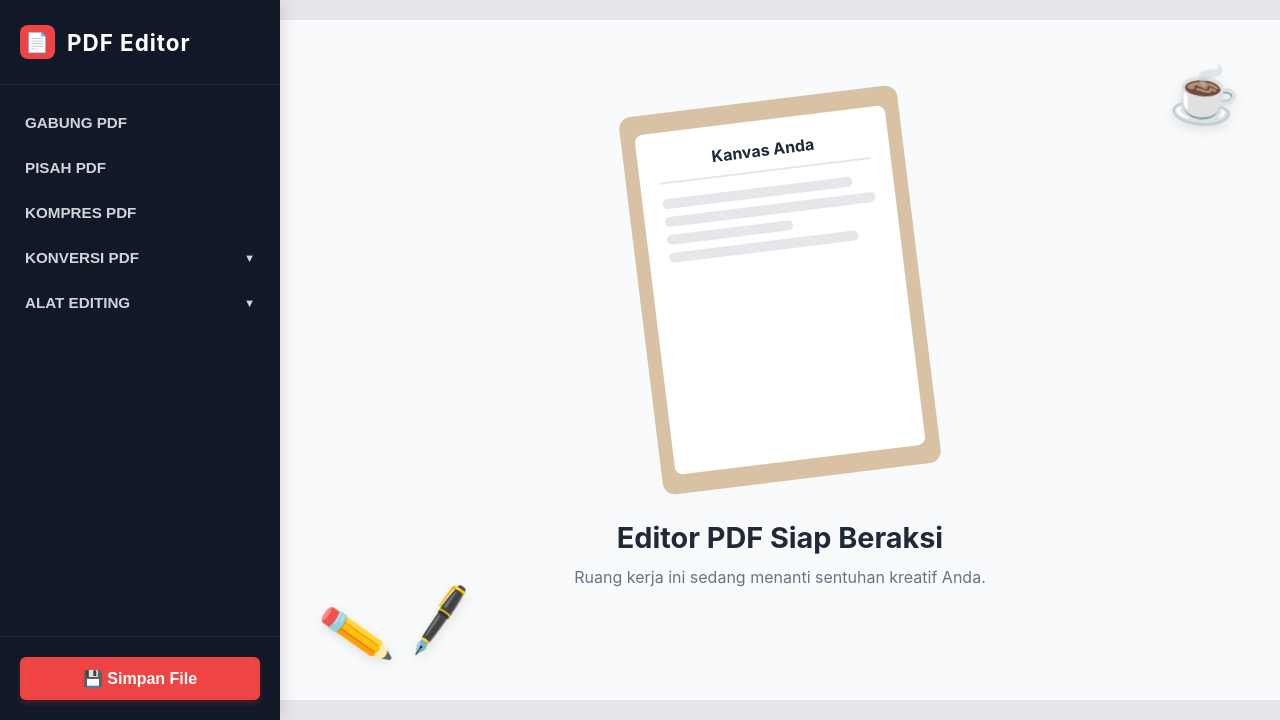
Repository: IkhsanMoekhtar/pdf_editor
Page: /
An editor plug-in stored every save of this project. The page is shown before and after the next save, followed by the edit.
The browser window is 1280 px wide. The pictures show the whole page.
The project was rebuilt for these pictures with package versions that can differ from the ones it lists, and the page was loaded fresh each time. Also part of the build but not shown: vite.config.js.

Above is the page before, as saved 2026-03-18 22:58:21.

### index.html
<!doctype html>
<html lang="en">
  <head>
    <meta charset="UTF-8" />
    <link rel="icon" type="image/svg+xml" href="/favicon.svg" />
    <meta name="viewport" content="width=device-width, initial-scale=1.0" />
    <title>frontend-pdf</title>
  </head>
  <body>
    <div id="root"></div>
    <script type="module" src="/src/main.jsx"></script>
  </body>
</html>

### src/index.css
/* --- CSS RESET GLOBAL --- */

/* Tanda bintang (*) artinya menerapkan aturan ini ke SEMUA elemen di website */
* {
  margin: 0;
  padding: 0;
  box-sizing: border-box; /* Memastikan padding tidak menambah lebar elemen */
}

/* Memaksa elemen dasar website untuk mengambil 100% layar tanpa sisa */
html, body, #root {
  width: 100%;
  height: 100%;
  background-color: #f3f4f6; /* Warna latar belakang aplikasi kita */
}

/* Menghilangkan font default yang kaku */
body {
  font-family: Inter, system-ui, Avenir, Helvetica, Arial, sans-serif;
  -webkit-font-smoothing: antialiased;
}

### src/App.css
/* --- TATA LETAK UTAMA --- */
.app-container {
  display: flex;
  flex-direction: row; /* Kembali menyamping: Kiri Sidebar, Kanan Workspace */
  height: 100vh;
  font-family: Inter, system-ui, Avenir, Helvetica, Arial, sans-serif;
  background-color: #e5e7eb;
}

/* --- SIDEBAR BARU --- */
.main-sidebar {
  width: 280px;
  background-color: #111827; /* Warna gelap yang modern */
  color: #f3f4f6;
  display: flex;
  flex-direction: column;
  flex-shrink: 0;
  box-shadow: 4px 0 15px rgba(0,0,0,0.1);
  z-index: 10;
}

.brand {
  display: flex;
  align-items: center;
  gap: 12px;
  padding: 25px 20px;
  font-size: 1.4rem;
  font-weight: 800;
  letter-spacing: 1px;
  border-bottom: 1px solid #1f2937;
  color: #ffffff;
}

.brand-icon {
  background-color: #ef4444;
  padding: 5px;
  border-radius: 8px;
  font-size: 1.2rem;
}

/* --- NAVIGASI SIDEBAR (ACCORDION) --- */
.sidebar-nav {
  flex: 1;
  overflow-y: auto; /* Bisa di-scroll jika menu terlalu panjang */
  padding: 15px 0;
}

/* Tombol Menu Utama */
.nav-item {
  width: 100%;
  text-align: left;
  background: transparent;
  border: none;
  color: #d1d5db;
  padding: 14px 25px;
  font-size: 0.95rem;
  font-weight: 600;
  cursor: pointer;
  display: flex;
  justify-content: space-between;
  align-items: center;
  transition: all 0.2s;
}

.nav-item:hover {
  background-color: #1f2937;
  color: #ffffff;
}

.arrow {
  font-size: 0.7rem;
  transition: transform 0.3s ease;
}

/* --- LOGIKA ACCORDION (Animasi Buka/Tutup) --- */
.submenu {
  max-height: 0; /* Secara default tertutup */
  overflow: hidden;
  background-color: #0b0f19; /* Latar submenu lebih gelap agar beda */
  transition: max-height 0.4s cubic-bezier(0.4, 0, 0.2, 1);
}

.nav-group.expanded .submenu {
  max-height: 500px; /* Terbuka saat div memiliki class 'expanded' */
}

.nav-group.expanded .arrow {
  transform: rotate(180deg); /* Panah berputar */
}

.nav-group.expanded .nav-item {
  color: #ef4444; /* Judul menu yang aktif berwarna merah */
}

/* Isi Submenu */
.submenu-title {
  font-size: 0.7rem;
  color: #6b7280;
  font-weight: 700;
  padding: 15px 25px 5px 25px;
  letter-spacing: 1px;
}

.submenu-btn {
  width: 100%;
  text-align: left;
  background: transparent;
  border: none;
  color: #9ca3af;
  padding: 10px 25px;
  font-size: 0.85rem;
  display: flex;
  align-items: center;
  cursor: pointer;
  transition: all 0.2s;
}

.submenu-btn:hover {
  color: #ffffff;
  background-color: #1f2937;
}

.submenu-btn.active {
  color: #ffffff;
  background-color: #ef4444;
}

/* -- IKON BERBASIS CSS (Tetap Dipertahankan) -- */
.doc-icon {
  display: inline-flex;
  align-items: center; justify-content: center;
  width: 20px; height: 20px;
  border-radius: 4px; font-size: 10px; font-weight: 800; color: rgb(255, 255, 255);
  margin-right: 12px;
}
.icon-jpg { background-color: #eab308; }
.icon-word { background-color: #3b82f6; }
.icon-ppt { background-color: #f97316; }
.icon-excel { background-color: #22c55e; }
.icon-pdf { background-color: #ef4444; }

/* --- BAGIAN BAWAH SIDEBAR --- */
.sidebar-footer {
  padding: 20px;
  border-top: 1px solid #1f2937;
}

.save-btn {
  width: 100%;
  padding: 12px;
  background-color: #ef4444;
  color: white;
  border: none;
  border-radius: 6px;
  font-weight: bold;
  font-size: 1rem;
  cursor: pointer;
  transition: background-color 0.2s;
  box-shadow: 0 4px 6px rgba(239, 68, 68, 0.2);
}

.save-btn:hover { background-color: #dc2626; }

/* --- AREA KERJA UTAMA --- */
.workspace {
  flex: 1;
  display: flex;
  position: relative;
  overflow: hidden;
}

.viewer-container {
  width: 100%;
  height: 100%;
  background-color: #f9fafb;
  display: flex;
  justify-content: center;
  align-items: center;
}

/* --- DESAIN AREA KOSONG (KLIK UNTUK UPLOAD) --- */
.empty-state.desktop-scene {
  display: flex;
  flex-direction: column;
  align-items: center;
  justify-content: center;
  height: 100%;
  width: 100%;
  background-color: #f9fafb;
  position: relative;
  padding: 40px;
  overflow: hidden;
  cursor: pointer; /* Mengubah kursor menjadi tangan (menandakan bisa diklik) */
  transition: background-color 0.3s ease;
}

/* Sedikit penggelapan latar belakang saat area disorot mouse */
.empty-state.desktop-scene:hover {
  /* Menjalankan animasi 'pulse-border' selama 2 detik, berulang terus menerus (infinite) */
  animation: pulse-border 2s infinite ease-in-out;

  /* Sedikit mencerahkan latar belakang agar efek glow lebih terlihat */
  background-color: rgba(59, 130, 246, 0.03);
}

.clipboard {
  width: 280px; height: 380px;
  background-color: #d8c2a3;
  border-radius: 12px;
  box-shadow: -100 50px 25px rgba(0,0,0,0.1);
  transform: rotate(-7deg);
  position: relative;
  display: flex; align-items: center; justify-content: center;
  margin-bottom: 40px;
  transition: transform 0.3s ease;
}

.empty-state.desktop-scene:hover .clipboard {
  transform: rotate(0deg) scale(1.03);
}

.clipboard-paper {
  width: 90%; height: 90%; background-color: #ffffff;
  border-radius: 8px; padding: 20px;
  display: flex; flex-direction: column; gap: 15px;
}

.clipboard-header {
  font-weight: bold; color: #1f2937;
  border-bottom: 2px solid #e5e7eb; padding-bottom: 10px; text-align: center;
}

.clipboard-content { flex: 1; display: flex; flex-direction: column; gap: 8px; }
.empty-line { height: 10px; background-color: #e5e7eb; border-radius: 5px; }
.empty-line.large { width: 90%; }
.empty-line.medium { width: 60%; }

.desk-item { position: absolute; font-size: 3.5rem; filter: drop-shadow(0 4px 6px rgba(0,0,0,0.1)); }
.coffee-cup { top: 40px; right: 40px; transform: rotate(5deg); }
.pens { bottom: 40px; left: 40px; display: flex; gap: 10px; transform: rotate(-10deg); }

.message-container { text-align: center; max-width: 500px; margin-bottom: 30px; }
.message-container h3 { font-size: 1.8rem; color: #1f2937; font-weight: 700; margin-bottom: 10px; }
.message-container p { color: #6b7280; line-height: 1.6; }

.start-hint-pil {
  display: flex; align-items: center; gap: 12px;
  background-color: #1f2937; color: #ffffff;
  padding: 12px 24px; border-radius: 999px;
  font-weight: bold; box-shadow: 0 6px 15px rgba(0,0,0,0.2);
  transition: all 0.2s;
}

.empty-state.desktop-scene:hover .start-hint-pil {
  background-color: #3b82f6; /* Berubah menjadi biru saat disorot */
  transform: translateY(-2px);
}

/* Animasi Ikon Mouse bergerak naik turun */
.bouncy-arrow {
  display: inline-block;
  font-size: 1.3rem;
  animation: bounce-vertical-hint 1.5s infinite;
}

@keyframes bounce-vertical-hint {
  0%, 100% { transform: translateY(0); }
  50% { transform: translateY(-5px); }
}

@keyframes pulse-border {
  0% {
    border-color: #9ca3af;
    box-shadow: 0 0 0 0 rgba(59, 130, 246, 0);
  }
  50% {
    /* Di titik tengah, border menjadi biru menyala dan memancarkan cahaya (glow) */
    border-color: #3b82f6;
    box-shadow: 0 0 20px 2px rgba(59, 130, 246, 0.3), inset 0 0 15px rgba(59, 130, 246, 0.1);
  }
  100% {
    border-color: #9ca3af;
    box-shadow: 0 0 0 0 rgba(59, 130, 246, 0);
  }
}

/* --- GAYA UNTUK ACTION BAR & TOMBOL --- */
.action-btn {
  padding: 8px 12px;
  background-color: white;
  color: #374151;
  border: 1px solid #e5e7eb;
  border-radius: 6px;
  font-size: 13px;
  font-weight: 700;
  cursor: pointer;
  transition: all 0.2s;
  display: flex; align-items: center; justify-content: center;
}

.action-btn:hover {
  background-color: #f3f4f6;
  border-color: #d1d5db;
}

.action-btn.active {
  background-color: #ef4444; /* Merah seperti logo Anda */
  color: white;
  border-color: #dc2626;
}

.pdf-paper .react-pdf__Page,
.pdf-paper .react-pdf__Page canvas {
  width: 100% !important;
  height: auto !important;
  max-width: none !important;
}

Loaded but not shown: src/main.jsx (common file); src/App.jsx (372 lines, source omitted)

After the next save:
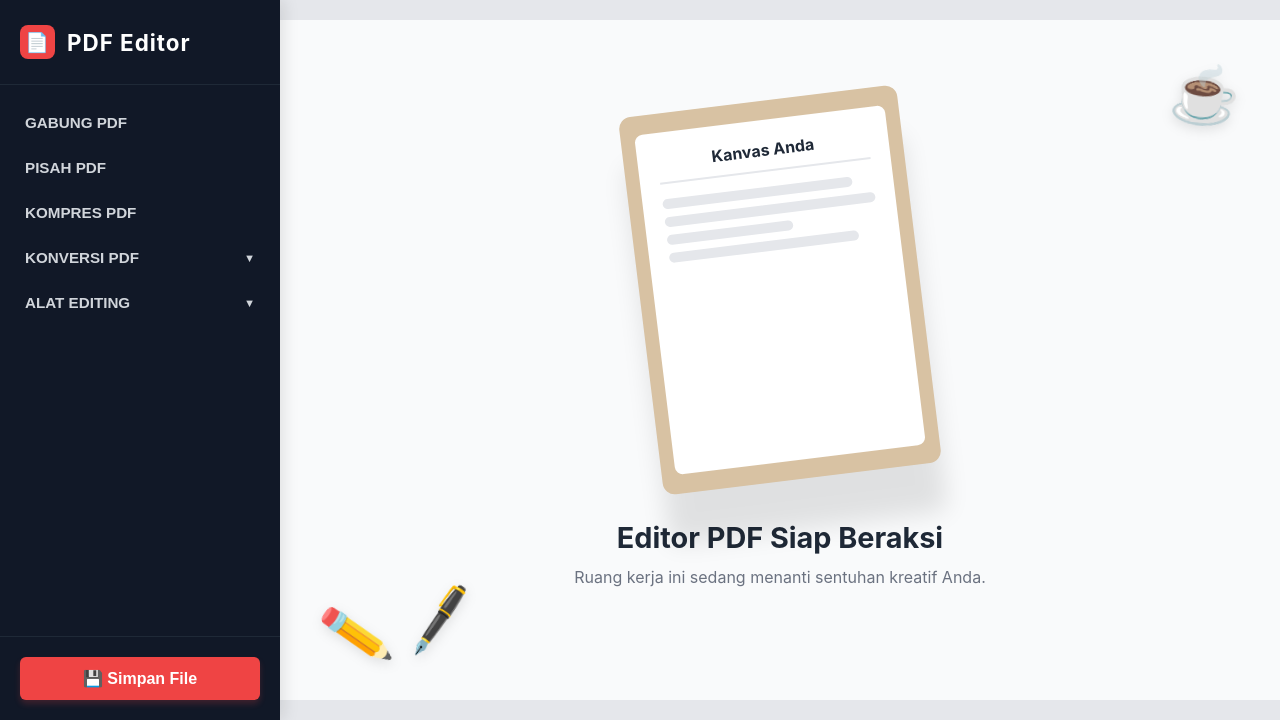
Saved 4 s later.
--- a/src/App.css
+++ b/src/App.css
@@ -207,7 +207,7 @@
   width: 280px; height: 380px;
   background-color: #d8c2a3;
   border-radius: 12px;
-  box-shadow: -100 50px 25px rgba(0,0,0,0.1);
+  box-shadow: 0 50px 25px rgba(0,0,0,0.1);
   transform: rotate(-7deg);
   position: relative;
   display: flex; align-items: center; justify-content: center;
